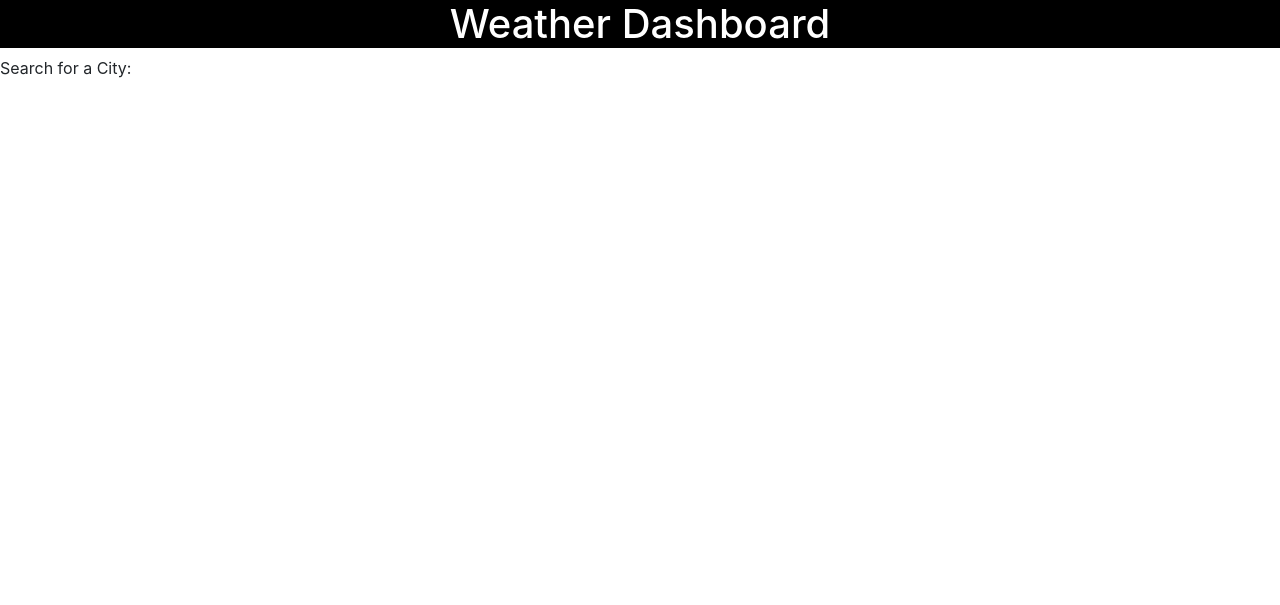
Repository: s88leigh/Weather-Dashboard
Page: index.html
The author's editor kept a copy of each file at every save. The page is drawn from the files as they stood at one save, then again after the next save.
The browser window is 1280 px wide. The pictures show the whole page.

Above is the page before, as saved 2019-10-30 19:58:35.

### index.html
<!DOCTYPE html>
<html lang="en">
<head>
    <meta charset="UTF-8">
    <meta name="viewport" content="width=device-width, initial-scale=1.0">
    <meta http-equiv="X-UA-Compatible" content="ie=edge">
    <link rel="stylesheet" href="https://stackpath.bootstrapcdn.com/bootstrap/4.3.1/css/bootstrap.min.css" integrity="sha384-ggOyR0iXCbMQv3Xipma34MD+dH/1fQ784/j6cY/iJTQUOhcWr7x9JvoRxT2MZw1T" crossorigin="anonymous">
    <link rel="stylesheet" href="style.css">
    <title>Weather Dashboard</title>
</head>
<body>

    <div id="box">
        <h1>Weather Dashboard</h1>
    </div>

    <div id="left-b0x">
        <label id="search">Search for a City:</label>

    </div>




</body>
</html>

### style.css


h1 {
    color: white;
    text-align: center;
    background-color: black;
}
#left-box {
    float: left;
    width: 30%;
    height: 500px;
    border: 1px solid black;
    padding: 10px;
    box-shadow: 5px 10px lightgray;


}
#right-box {
    float: left;
    width: 70%;
    height: 500px;
    border: 1px solid black;
    padding: 10px;
    box-shadow: 5px 10px lightgray;
}

After the next save:
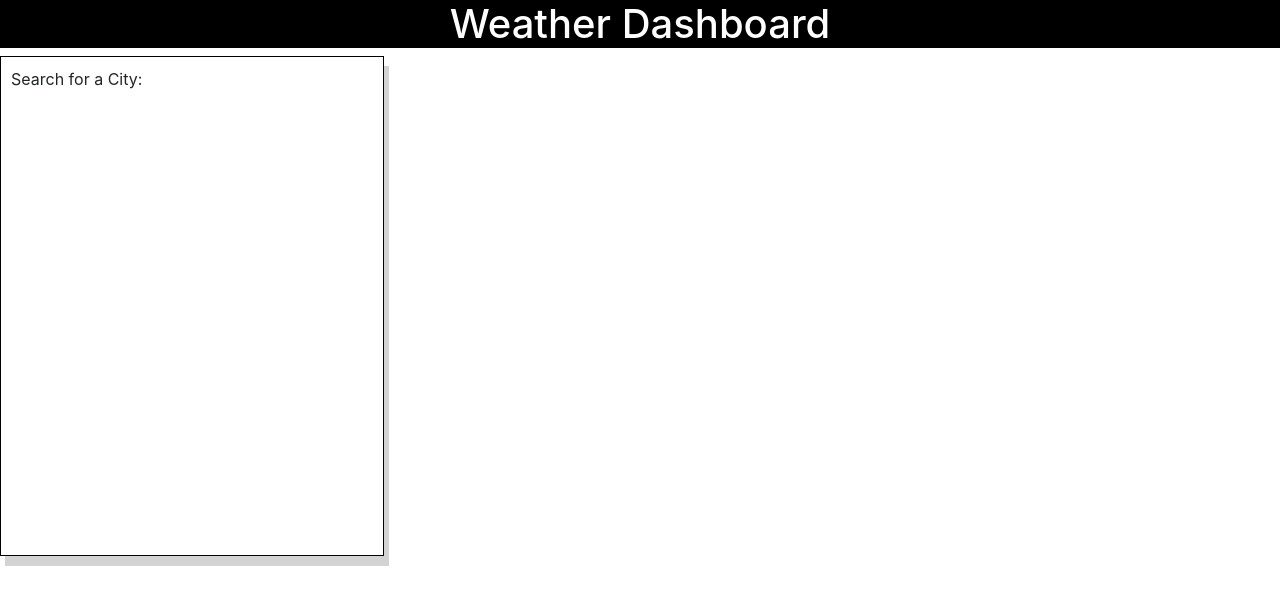
Saved 47 s later.
--- a/index.html
+++ b/index.html
@@ -14,7 +14,7 @@
         <h1>Weather Dashboard</h1>
     </div>
 
-    <div id="left-b0x">
+    <div id="left-box">
         <label id="search">Search for a City:</label>
 
     </div>
